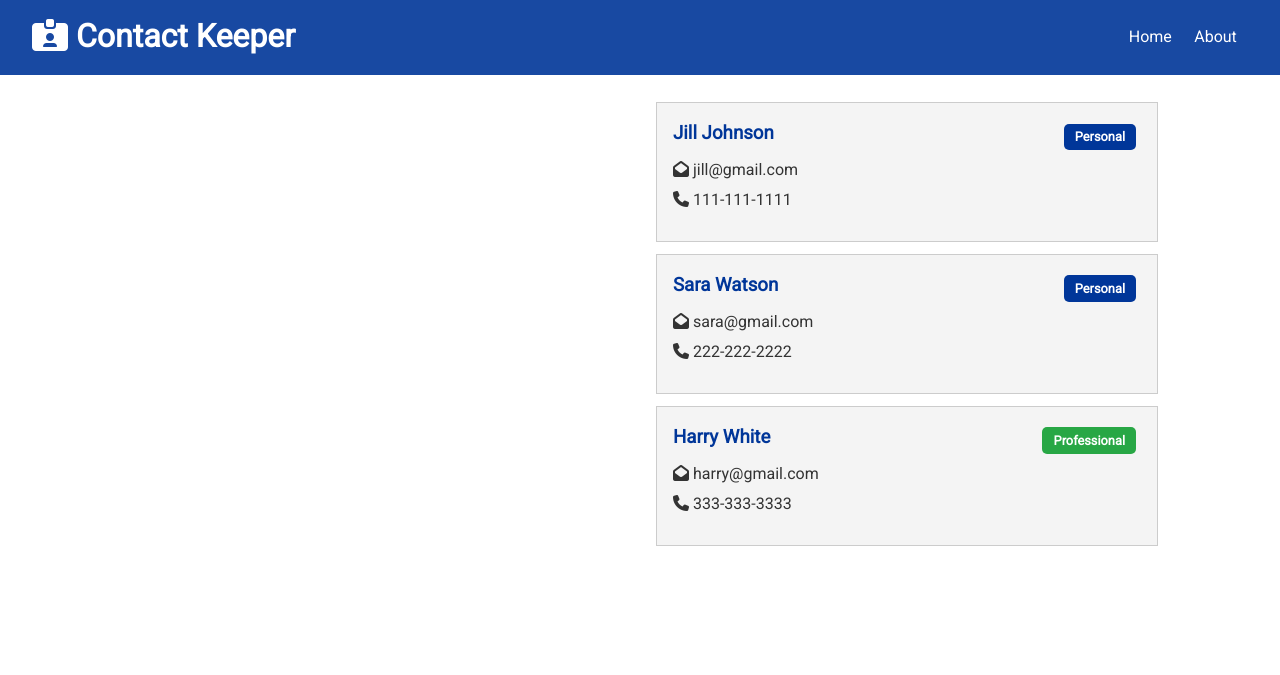
Repository: michaelm602623/contactKeeper
Page: / (app in client/)
The author's editor kept a copy of each file at every save. The page is drawn from the files as they stood at one save, then again after the next save.
The browser window is 1280 px wide. The pictures show the whole page.
Some web libraries are served in a nearby version. The project was rebuilt for these pictures with package versions that can differ from the ones it lists, and the page was loaded fresh each time. A package was used in the major version that the imports need, not the one package.json lists. Also part of the build but not shown: client/src/components/pages/About.js.

Above is the page before, as saved 2019-11-21 12:10:06.

### client/public/index.html
<!DOCTYPE html>
<html lang="en">
  <head>
    <meta charset="utf-8" />
    <link rel="icon" href="%PUBLIC_URL%/favicon.ico" />
    <meta name="viewport" content="width=device-width, initial-scale=1" />
    <meta name="theme-color" content="#000000" />
    <meta
      name="description"
      content="Web site created using create-react-app"
    />
    <link rel="apple-touch-icon" href="logo192.png" />
    <script src="https://kit.fontawesome.com/cdce8a0938.js" crossorigin="anonymous"></script>
    <link rel="manifest" href="%PUBLIC_URL%/manifest.json" />

    <title>Contact-Keeper</title>
  </head>
  <body>
    <noscript>You need to enable JavaScript to run this app.</noscript>
    <div id="root"></div>
  </body>
</html>

### client/src/App.js
import React, { Fragment } from "react";
import { BrowserRouter as Router, Route, Switch } from "react-router-dom";
import Navbar from "./components/layout/Navbar";
import Home from "./components/pages/Home";
import About from "./components/pages/About";

import ContactState from "./context/contact/ContactState";
import "./App.css";

const App = () => {
  return (
    <ContactState>
      <Router>
        <Fragment>
          <Navbar />
          <div className='container'>
            <Switch>
              <Route exact path='/' component={Home} />
              <Route exact path='/about' component={About} />
            </Switch>
          </div>
        </Fragment>
      </Router>
    </ContactState>
  );
};

export default App;

### client/src/components/layout/Navbar.js
import React from "react";
import PropTypes from "prop-types";
import { Link } from "react-router-dom";

export const Navbar = ({ title, icon }) => {
  return (
    <div className='navbar bg-primary'>
      <h1>
        <i className={icon} /> {title}
      </h1>
      <ul>
        <li>
          <Link to='/'>Home</Link>
        </li>
        <li>
          <Link to='/about'>About</Link>
        </li>
      </ul>
    </div>
  );
};

Navbar.propTypes = {
  title: PropTypes.string.isRequired,
  icon: PropTypes.string
};

Navbar.defaultProps = {
  title: "Contact Keeper",
  icon: "fas fa-id-card-alt"
};

export default Navbar;

### client/src/components/pages/Home.js
import React from "react";
import Contacts from '../contacts/Contacts';

const Home = () => {
  return (
    <div className="grid-2">
      <div>
        {/* ContactForm */}
      </div>
      <div>
        <Contacts />
      </div>
    </div>
  );
};

export default Home;

### client/src/context/contact/ContactState.js
import React, { useReducer } from "react";
import uuid from "uuid";
import ContactContext from "./contactContext";
import contactReducer from "./contactReducer";
import {
  ADD_CONTACT,
  DELETE_CONTACT,
  SET_CURRENT,
  CLEAR_CURRENT,
  UPDATE_CONTACT,
  FILTER_CONTACTS,
  CLEAR_FILTER
} from "../types";

const ContactState = props => {
  const initialState = {
    contacts: [
      {
        id: 1,
        name: "Jill Johnson",
        email: "jill@gmail.com",
        phone: "111-111-1111",
        type: "personal"
      },
      {
        id: 2,
        name: "Sara Watson",
        email: "sara@gmail.com",
        phone: "222-222-2222",
        type: "personal"
      },
      {
        id: 3,
        name: "Harry White",
        email: "harry@gmail.com",
        phone: "333-333-3333",
        type: "professional"
      }
    ]
  };

  const [state, dispatch] = useReducer(contactReducer, initialState);

  //   Add Contact

  // Delete Contact

  // Set Current Contact

  // Clear Current Contact

  // Update Contact

  // Filter Contacts

  // Clear Filter

  return (
    <ContactContext.Provider
      value={{
        contacts: state.contacts
      }}
    >
      {props.children}
    </ContactContext.Provider>
  );
};

export default ContactState;

### client/src/App.css
@import url('https://fonts.googleapis.com/css?family=Roboto');



/* Global Styles */

:root {

  --primary-color: #003699;

  --dark-color: #333333;

  --light-color: #f4f4f4;

  --danger-color: #dc3545;

  --success-color: #28a745;

}



* {

  box-sizing: border-box;

  margin: 0;

  padding: 0;

}



body {

  font-family: 'Roboto', sans-serif;

  font-size: 1rem;

  line-height: 1.6;

  background-color: #fff;

  color: #333;

}



a {

  color: var(--primary-color);

  text-decoration: none;

}



a:hover {

  color: #666;

}



ul {

  list-style: none;

}



img {

  width: 100%;

}



/* Utilities */

.container {

  max-width: 1100px;

  margin: auto;

  overflow: hidden;

  padding: 0 2rem;

}



/* Text Styles*/

.x-large {

  font-size: 4rem;

  line-height: 1.2;

  margin-bottom: 1rem;

}



.large {

  font-size: 3rem;

  line-height: 1.2;

  margin-bottom: 1rem;

}



.lead {

  font-size: 1.5rem;

  margin-bottom: 1rem;

}



.text-center {

  text-align: center;

}



.text-primary {

  color: var(--primary-color);

}



.text-dark {

  color: var(--dark-color);

}



.text-center {

  text-align: center;

}



.text-right {

  text-align: right;

}



.text-left {

  text-align: left;

}



/* Cards */

.card {

  padding: 1rem;

  border: #ccc 1px dotted;

  margin: 0.7rem 0;

}



/* List */

.list {

  margin: 0.5rem 0;

}



.list li {

  padding-bottom: 0.3rem;

}



/* Padding */

.p {

  padding: 0.5rem;

}

.p-1 {

  padding: 1rem;

}

.p-2 {

  padding: 2rem;

}

.p-3 {

  padding: 3rem;

}

.py {

  padding: 0.5rem 0;

}

.py-1 {

  padding: 1rem 0;

}

.py-2 {

  padding: 2rem 0;

}

.py-3 {

  padding: 3rem 0;

}



/* Margin */

.m {

  margin: 0.5rem;

}

.m-1 {

  margin: 1rem;

}

.m-2 {

  margin: 2rem;

}

.m-3 {

  margin: 3rem;

}

.my {

  margin: 0.5rem 0;

}

.my-1 {

  margin: 1rem 0;

}

.my-2 {

  margin: 2rem 0;

}

.my-3 {

  margin: 3rem 0;

}



/* Grid */

.grid-2 {

  display: grid;

  grid-template-columns: repeat(2, 1fr);

  grid-gap: 2rem;

}



.grid-3 {

  display: grid;

  grid-template-columns: repeat(3, 1fr);

  grid-gap: 1rem;

}



.grid-4 {

  display: grid;

  grid-template-columns: repeat(4, 1fr);

  grid-gap: 2rem;

}



.grid-2-3 {

  display: grid;

  grid-template-columns: 2fr 3fr;

  grid-gap: 2rem;

}



.btn {

  display: inline-block;

  background: var(--light-color);

  color: #333;

  padding: 0.4rem 1.3rem;

  font-size: 1rem;

  border: none;

  cursor: pointer;

  margin-right: 0.5rem;

  transition: opacity 0.2s ease-in;

  outline: none;

}



.btn-link {

  background: none;

  padding: 0;

  margin: 0;

}



.btn-block {

  display: block;

  width: 100%;

}



.btn-sm {

  font-size: 0.8rem;

  padding: 0.3rem 1rem;

  margin-right: 0.2rem;

}



.badge {

  font-size: 0.8rem;

  padding: 0.2rem 0.7rem;

  text-align: center;

  margin: 0.3rem;

  background: var(--light-color);

  color: #333;

  border-radius: 5px;

}



.alert {

  padding: 0.7rem;

  margin: 1rem 0;

  opacity: 0.9;

  background: var(--light-color);

  color: #333;

}



.btn-primary,

.bg-primary,

.badge-primary,

.alert-primary {

  background: var(--primary-color);

  color: #fff;

}



.btn-light,

.bg-light,

.badge-light,

.alert-light {

  background: var(--light-color);

  color: #333;

}



.btn-dark,

.bg-dark,

.badge-dark,

.alert-dark {

  background: var(--dark-color);

  color: #fff;

}



.btn-danger,

.bg-danger,

.badge-danger,

.alert-danger {

  background: var(--danger-color);

  color: #fff;

}



.btn-success,

.bg-success,

.badge-success,

.alert-success {

  background: var(--success-color);

  color: #fff;

}



.btn-white,

.bg-white,

.badge-white,

.alert-white {

  background: #fff;

  color: #333;

  border: #ccc solid 1px;

}



.btn:hover {

  opacity: 0.8;

}



.bg-light,

.badge-light {

  border: #ccc solid 1px;

}



.round-img {

  border-radius: 50%;

}



/* Forms */

input {

  margin: 1.2rem 0;

}



.form-text {

  display: block;

  margin-top: 0.3rem;

  color: #888;

}



input[type='text'],

input[type='email'],

input[type='password'],

input[type='date'],

select,

textarea {

  display: block;

  width: 100%;

  padding: 0.4rem;

  font-size: 1.2rem;

  border: 1px solid #ccc;

}



input[type='submit'],

button {

  font: inherit;

}



.form-group {

  margin: 1.2rem 0;

}



.form-group input {

  margin: 0.2rem 0;

}



.form-container {

  max-width: 500px;

  margin: 2rem auto;

  overflow: hidden;

  padding: 0 2rem;

}



.form-container h1,

h2,

h3 {

  text-align: center;

}



table th,

table td {

  padding: 1rem;

  text-align: left;

}



table th {

  background: var(--light-color);

}



/* Navbar */

.navbar {

  display: flex;

  justify-content: space-between;

  align-items: center;

  padding: 0.7rem 2rem;

  z-index: 1;

  width: 100%;

  border-bottom: solid 1px var(--primary-color);

  opacity: 0.9;

  margin-bottom: 1rem;

}



.navbar ul {

  display: flex;

}



.navbar a {

  color: #fff;

  padding: 0.45rem;

  margin: 0 0.25rem;

}



.navbar a:hover {

  color: var(--light-color);

}



.navbar .welcome span {

  margin-right: 0.6rem;

}



/* Animation (Add After) */

.item-enter {

  opacity: 0;

}

.item-enter-active {

  opacity: 1;

  transition: opacity 1000ms ease-in;

}

.item-exit {

  opacity: 1;

}

.item-exit-active {

  opacity: 0;

  transition: opacity 1000ms ease-in;

}



/* Mobile Styles */

@media (max-width: 700px) {

  .hide-sm {

    display: none;

  }



  .grid-2,

  .grid-3,

  .grid-4 {

    grid-template-columns: 1fr;

  }



  /* Text Styles */

  .x-large {

    font-size: 3rem;

  }



  .large {

    font-size: 2rem;

  }



  .lead {

    font-size: 1rem;

  }



  /* Navbar */

  .navbar {

    display: block;

    text-align: center;

  }



  .navbar h1 {

    margin-bottom: 0.6rem;

  }



  .navbar ul {

    text-align: center;

    justify-content: center;

  }

}

### client/src/components/contacts/Contacts.js
import React, { Fragment, useContext } from "react";
import ContactItem from './ContactItem';
import ContactContext from "../../context/contact/contactContext";

const Contacts = () => {
  const contactContext = useContext(ContactContext);

  const { contacts } = contactContext;

  return (
    <Fragment>
      {contacts.map(contact => (
        <ContactItem key={contact.id} contact={contact} />
      ))}
    </Fragment>
  );
};

export default Contacts;

### client/src/context/types.js
export const GET_CONTACTS = "GET_CONTACTS";
export const ADD_CONTACT = "ADD_CONTACT";
export const DELETE_CONTACT = "DELETE_CONTACT";
export const SET_CURRENT = "SET_CURRENT";
export const CLEAR_CURRENT = "CLEAR_CURRENT";
export const UPDATE_CONTACT = "UPDATE_CONTACT";
export const FILTER_CONTACTS = "FILTER_CONTACTS";
export const CLEAR_CONTACTS = "CLEAR_CONTACTS";
export const CLEAR_FILTER = "CLEAR_FILTER";
export const CONTACT_ERROR = "CONTACT_ERROR";
export const SET_ALERT = "SET_ALERT";
export const REMOVE_ALERT = "REMOVE_ALERT";
export const REGISTER_SUCCESS = "REGISTER_SUCCESS";
export const REGISTER_FAIL = "REGISTER_FAIL";
export const USER_LOADED = "USER_LOADED";
export const AUTH_ERROR = "AUTH_ERROR";
export const LOGIN_SUCCESS = "LOGIN_SUCCESS";
export const LOGIN_FAIL = "LOGIN_FAIL";
export const LOGOUT = "LOGOUT";
export const CLEAR_ERRORS = "CLEAR_ERRORS";

### client/src/components/contacts/ContactItem.js
import React from "react";

const ContactItem = ({ contact }) => {
    const { id, name, email, phone, type } = contact;
  return (
    <div className='card bg-light'>
      <h3 className='text-primary text-left'>
        {name}{" "}
        <span style={{ float: "right" }}
          className={
            "badge " +
            (type === "professional" ? "badge-success" : "badge-primary")
          }
        >
          {type.charAt(0).toUpperCase() + type.slice(1)}
        </span>
      </h3>
      <ul className="list">
          {email && (<li>
              <i className="fas fa-envelope-open" /> {email}
          </li>)}
          {phone && (<li>
              <i className="fas fa-phone" /> {phone}
          </li>)}
      </ul>
    </div>
  );
};

export default ContactItem;

Loaded but not shown: client/src/index.js (common file); client/src/context/contact/contactContext.js (common file); client/src/context/contact/contactReducer.js (no stored copy; drawn as an empty file)

After the next save:
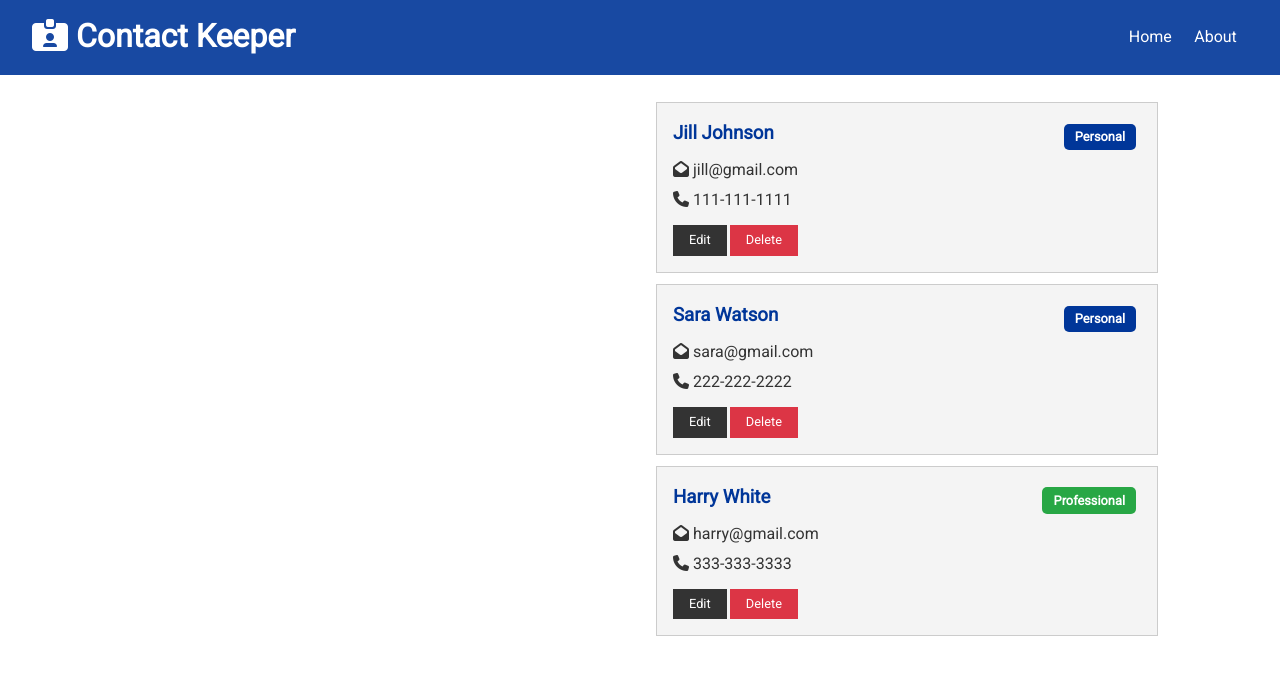
Saved 6 min 48 s later.
--- a/client/src/components/contacts/ContactItem.js
+++ b/client/src/components/contacts/ContactItem.js
@@ -1,12 +1,13 @@
 import React from "react";
 
 const ContactItem = ({ contact }) => {
-    const { id, name, email, phone, type } = contact;
+  const { id, name, email, phone, type } = contact;
   return (
     <div className='card bg-light'>
       <h3 className='text-primary text-left'>
         {name}{" "}
-        <span style={{ float: "right" }}
+        <span
+          style={{ float: "right" }}
           className={
             "badge " +
             (type === "professional" ? "badge-success" : "badge-primary")
@@ -15,14 +16,22 @@
           {type.charAt(0).toUpperCase() + type.slice(1)}
         </span>
       </h3>
-      <ul className="list">
-          {email && (<li>
-              <i className="fas fa-envelope-open" /> {email}
-          </li>)}
-          {phone && (<li>
-              <i className="fas fa-phone" /> {phone}
-          </li>)}
+      <ul className='list'>
+        {email && (
+          <li>
+            <i className='fas fa-envelope-open' /> {email}
+          </li>
+        )}
+        {phone && (
+          <li>
+            <i className='fas fa-phone' /> {phone}
+          </li>
+        )}
       </ul>
+      <p>
+        <button className='btn btn-dark btn-sm'>Edit</button>
+        <button className='btn btn-danger btn-sm'>Delete</button>
+      </p>
     </div>
   );
 };
